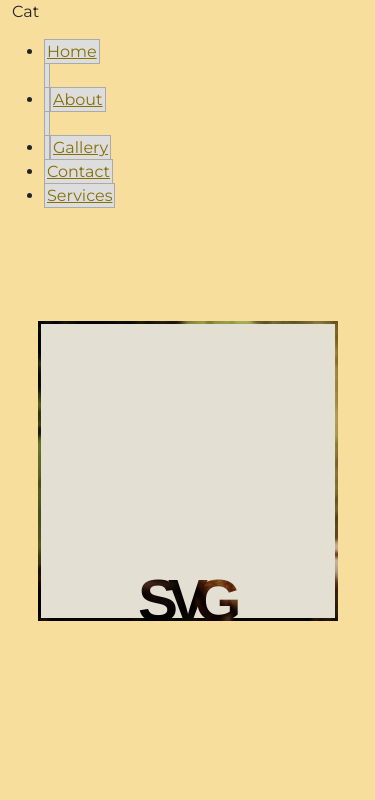
Repository: raul4264/final
Page: prueba.html
An editor plug-in stored every save of this project. The page is shown before and after the next save, followed by the edit.
The browser window is 375 px wide. The pictures show the whole page.

Above is the page before, as saved 2021-03-27 10:02:08.

After the next save:
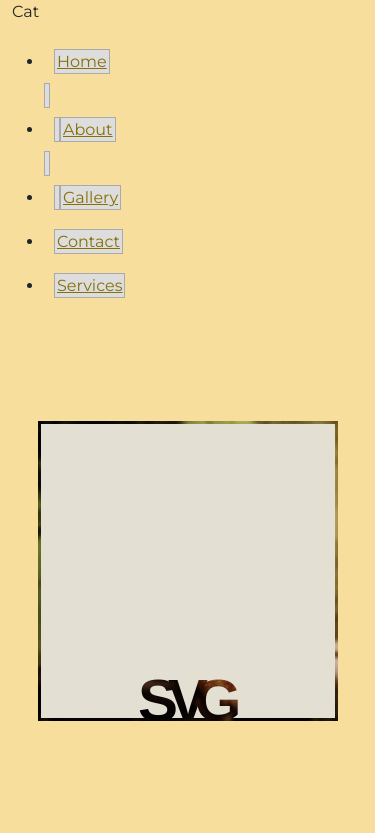
Saved 28 s later.
--- a/css/prueba.css
+++ b/css/prueba.css
@@ -32,7 +32,7 @@
         transition-duration: 0.2s;
         transition-timing-function: ease-in;
     }
-    .li {
+    li {
         padding: 10px;
     }
 
